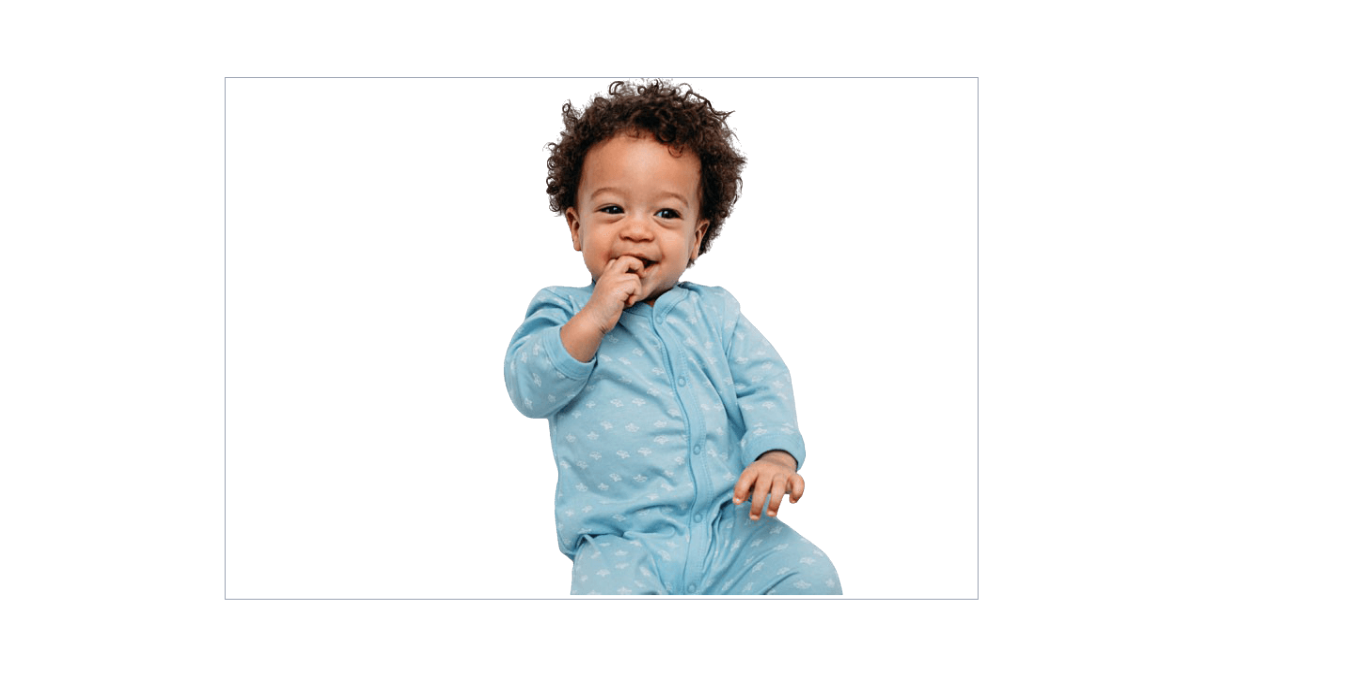
Repository: gyypwrs/css-practice
Page: pull-over/index.html
These files come from the project's save history. The page is drawn as it stood at one moment and after the next save; the edit follows.
The browser window is 1280 px wide. The page is 1280 px wide, then 1440 px, so the pictures cover 1440 px, including what lies to the right of the window. The pictures show the whole page, at 94% of full size.

Above is the page before, as saved 2022-05-16 09:58:23.

After the next save:
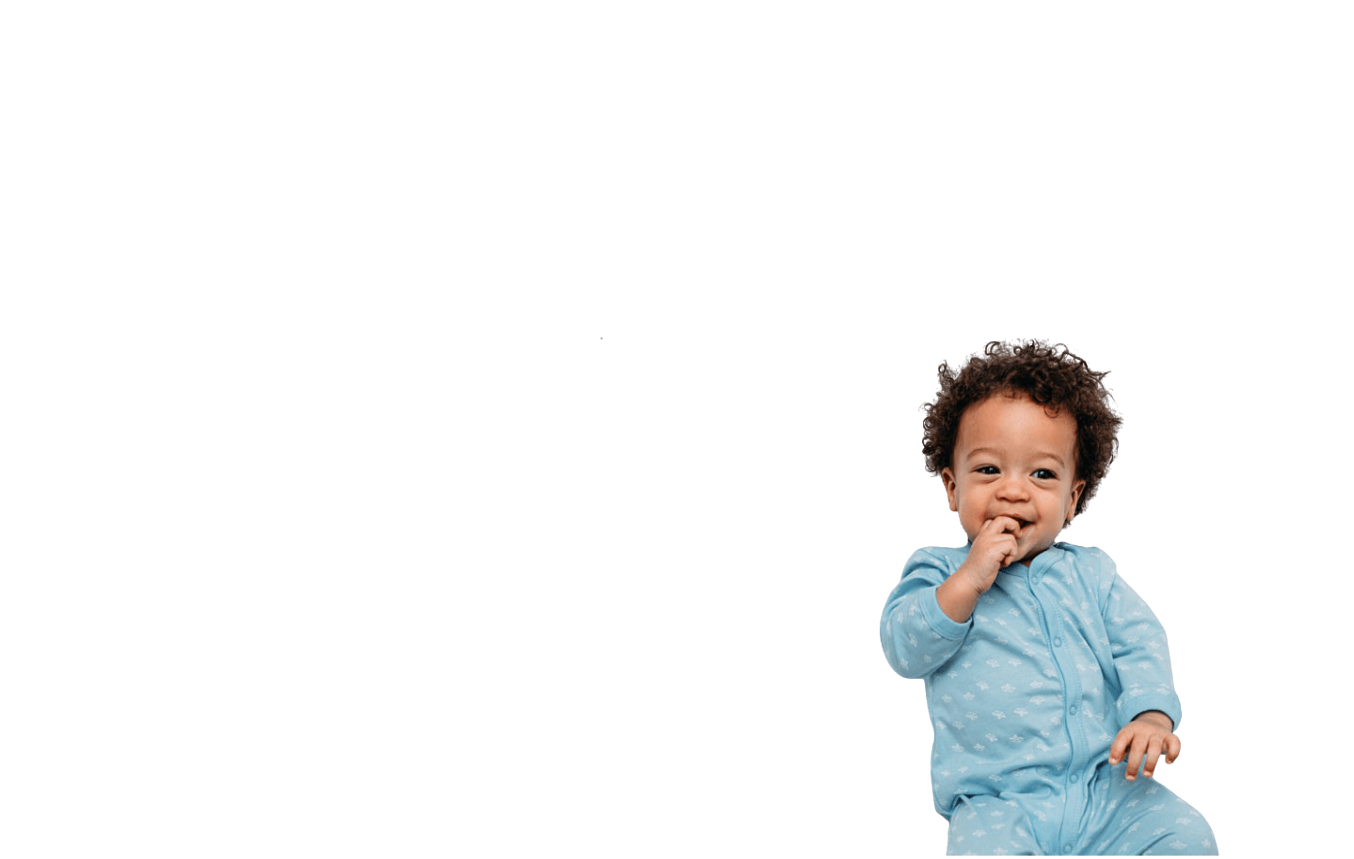
Saved 14 s later.
--- a/pull-over/index.html
+++ b/pull-over/index.html
@@ -28,6 +28,9 @@
       .bottom {
         position: absolute
       }
+      .up {
+        position: absolute;
+      }
   </style>
   </head>
   <body>
